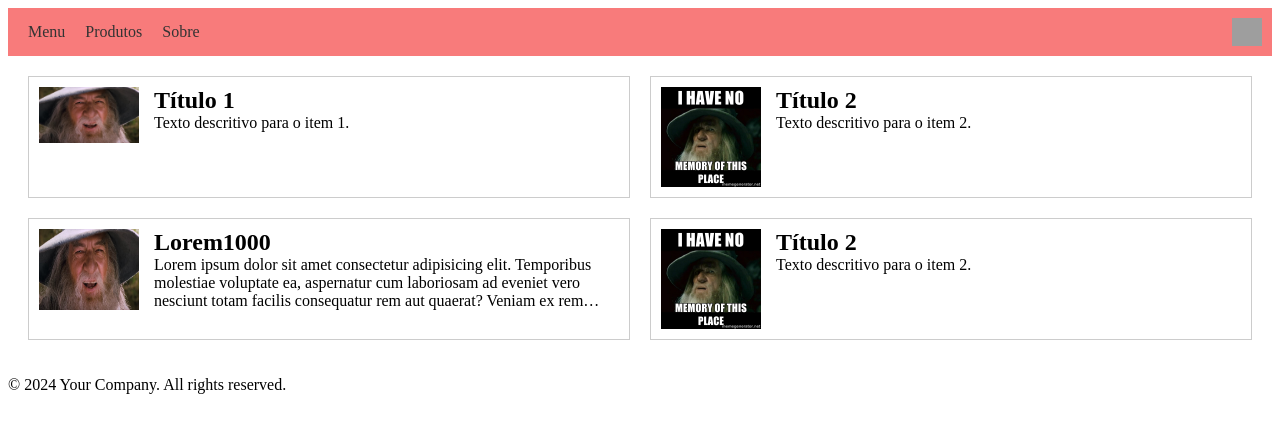
Repository: rafael-beeb/blog-not
Page: myblog/html/index.html
These files come from the project's save history. The page is drawn as it stood at one moment and after the next save; the edit follows.
The browser window is 1280 px wide. The pictures show the whole page.
Pictures or frames that could not be fetched are drawn as grey boxes.

Above is the page before, as saved 2024-09-19 10:52:56.

After the next save:
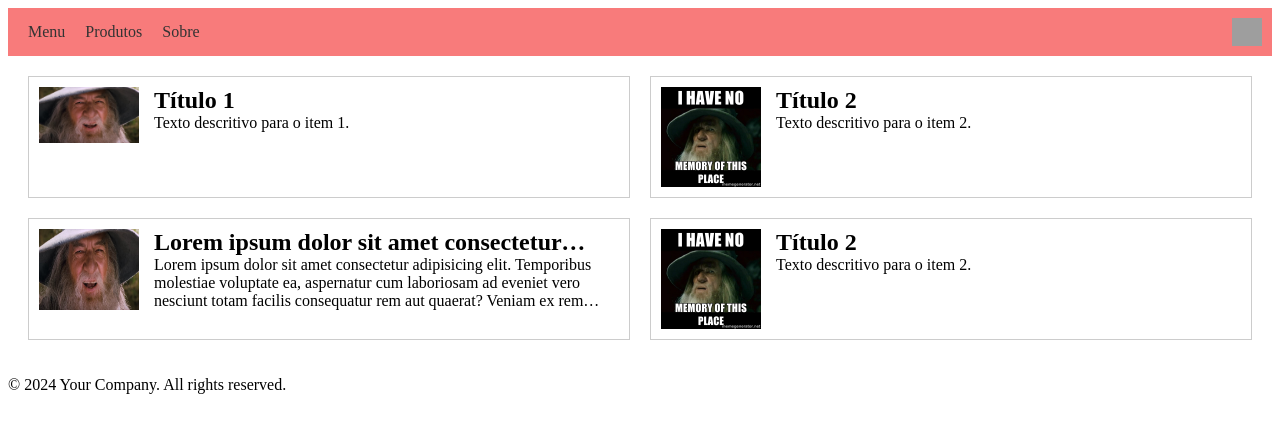
Saved 12 s later.
--- a/myblog/html/index.html
+++ b/myblog/html/index.html
@@ -40,7 +40,12 @@
           <a href="#link4" class="item-content">
             <img src="../imagem1.jpg" alt="Descrição da imagem 1" />
             <div class="text-content">
-              <h1>Lorem1000</h1>
+              <h1>
+                Lorem ipsum dolor sit amet consectetur adipisicing elit. Facere
+                nihil, accusantium beatae eveniet quis minima esse cum quas at
+                officiis sapiente? Sed hic, asperiores autem exercitationem ad
+                eos. Labore, ea.
+              </h1>
               <p>
                 Lorem ipsum dolor sit amet consectetur adipisicing elit.
                 Temporibus molestiae voluptate ea, aspernatur cum laboriosam ad
